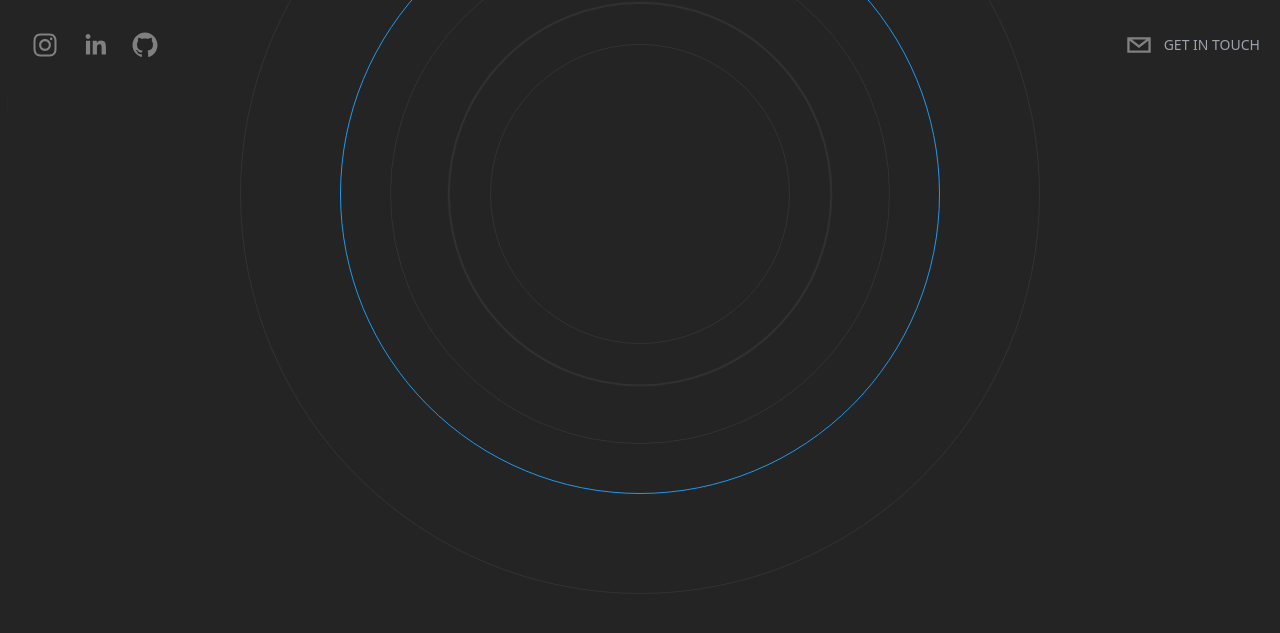
Repository: husainmamuwala/portfolio2.0
Page: /
An editor plug-in stored every save of this project. The page is shown before and after a run of saves, followed by the edit.
The browser window is 1280 px wide. The pictures show the whole page.
The project was rebuilt for these pictures with package versions that can differ from the ones it lists, and the page was loaded fresh each time. The framework's server and built-in components were replaced by stand-ins that run in the browser. Also part of the build but not shown: next.config.js.

Above is the page before, as saved 2022-09-17 18:39:10.

### pages/index.tsx
import type { NextPage } from 'next'
import Head from 'next/head'
import Image from 'next/image'
import Header from '../components/Header'
import Hero from '../components/Hero'
import styles from '../styles/Home.module.css'

const Home: NextPage = () => {
  return (
    <div className='bg-[rgb(36,36,36)] text-white h-screen'>
      <Header/>
      <section id='hero'>
      <Hero/>
      </section>
    </div>

  )
}

export default Home

### components/Header.tsx
import React from 'react'
import { SocialIcon } from 'react-social-icons';
import {motion} from 'framer-motion'

type Props = {}

export default function Header({}: Props) {
  return (
    <header className='sticky top-0 p-5 flex items-start max-w-7xl justify-between mx-auto z-20
    xl:items-center'>

        <motion.div
        initial={{
            x:-500,
            opacity:0,
            scale:0.5
        }}
        animate={{
            x:0,
            opacity:1,
            scale:1
        }}
        transition={{
            duration:1.5
        }}
        className='flex flex-row items-center'>
            <SocialIcon
            url='https://www.instagram.com/husain_mamuwala'
            fgColor='gray'
            bgColor='transparent'/>
             <SocialIcon
            url='https://www.linkedin.com/husain_mamuwala'
            fgColor='gray'
            bgColor='transparent'/>
             <SocialIcon
            url='https://www.github.com/husain_mamuwala'
            fgColor='gray'
            bgColor='transparent'/>
        </motion.div>

        <motion.div
        initial={{
            x:500,
            opacity:0,
            scale:1.5
        }}
        animate={{x:0,opacity:1,scale:1}}
        transition={{duration:1.5}}
        className="flex felx-row items-center text-gray-400">
            <SocialIcon
            className='cursor-pointer'
            network='email'
            fgColor='gray'
            bgColor='transparent'/>

            <p className=' uppercase hidden md:inline-flex text-sm text-gray-400'>
                Get In Touch
            </p>
        </motion.div>
    </header>

  )
}

### components/Hero.tsx
import React from 'react'
import {useTypewriter,Cursor} from 'react-simple-typewriter';
import BackgroundCircles from './BackgroundCircles';

type Props = {}

export default function Hero({}: Props) {
    const {text,count} = useTypewriter({
        words:["Hi , My Name is Husain","Guy-who-loves-cycling.tsx","<Student/>"],
        loop:true,
        delaySpeed: 2000,
    });
  return (
    <div>
        <BackgroundCircles/>
        <h1>
            <span>{text}</span>
            <Cursor />
        </h1>

    </div>
  );
}

### components/BackgroundCircles.tsx
import React from 'react'

type Props = {}

function BackgroundCircles({}: Props) {
  return (
    <div className='relative flex justify-center items-center'>
        <div className='absolute border [#333333] rounded-full h-[200px] w-[200px] mt-52 animate-ping '/>
        <div className=' absolute border border-[#333333] rounded-full h-[300px] w-[300px] mt-52'/>
        <div className=' absolute border border-[#333333] rounded-full h-[500px] w-[500px] mt-52'/>
        <div className=' absolute border border-[#1f9aec] rounded-full h-[600px] w-[600px] mt-52'/>
        <div className=' absolute border border-[#333333] rounded-full h-[800px] w-[800px] mt-52'/>
    </div>
  )
}

export default BackgroundCircles

Loaded but not shown: pages/_app.tsx (common file); styles/globals.css (common file); tailwind.config.js (common file)

After the next 2 saves:
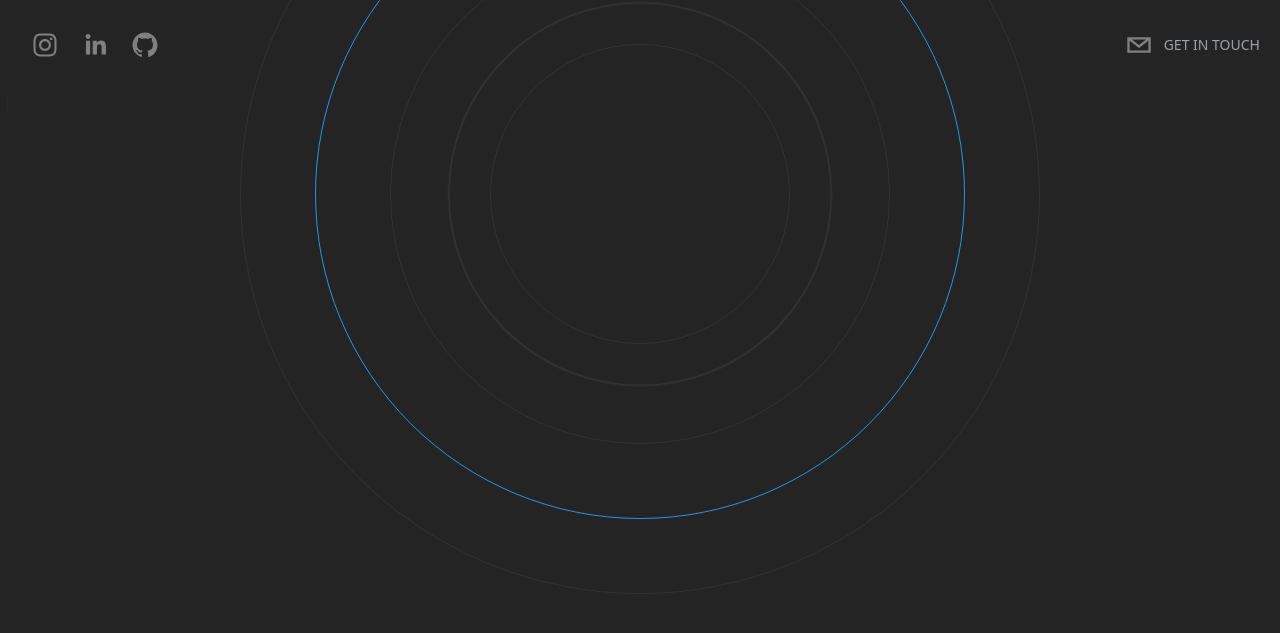
The 2 saves are shown as one change because they came seconds apart.
The last was saved 13 s later.
--- a/components/BackgroundCircles.tsx
+++ b/components/BackgroundCircles.tsx
@@ -8,7 +8,7 @@ function BackgroundCircles({}: Props) {
         <div className='absolute border [#333333] rounded-full h-[200px] w-[200px] mt-52 animate-ping '/>
         <div className=' absolute border border-[#333333] rounded-full h-[300px] w-[300px] mt-52'/>
         <div className=' absolute border border-[#333333] rounded-full h-[500px] w-[500px] mt-52'/>
-        <div className=' absolute border border-[#1f9aec] rounded-full h-[600px] w-[600px] mt-52'/>
+        <div className=' absolute border border-[#1f9aec] rounded-full h-[650px] w-[650px] mt-52'/>
         <div className=' absolute border border-[#333333] rounded-full h-[800px] w-[800px] mt-52'/>
     </div>
   )
